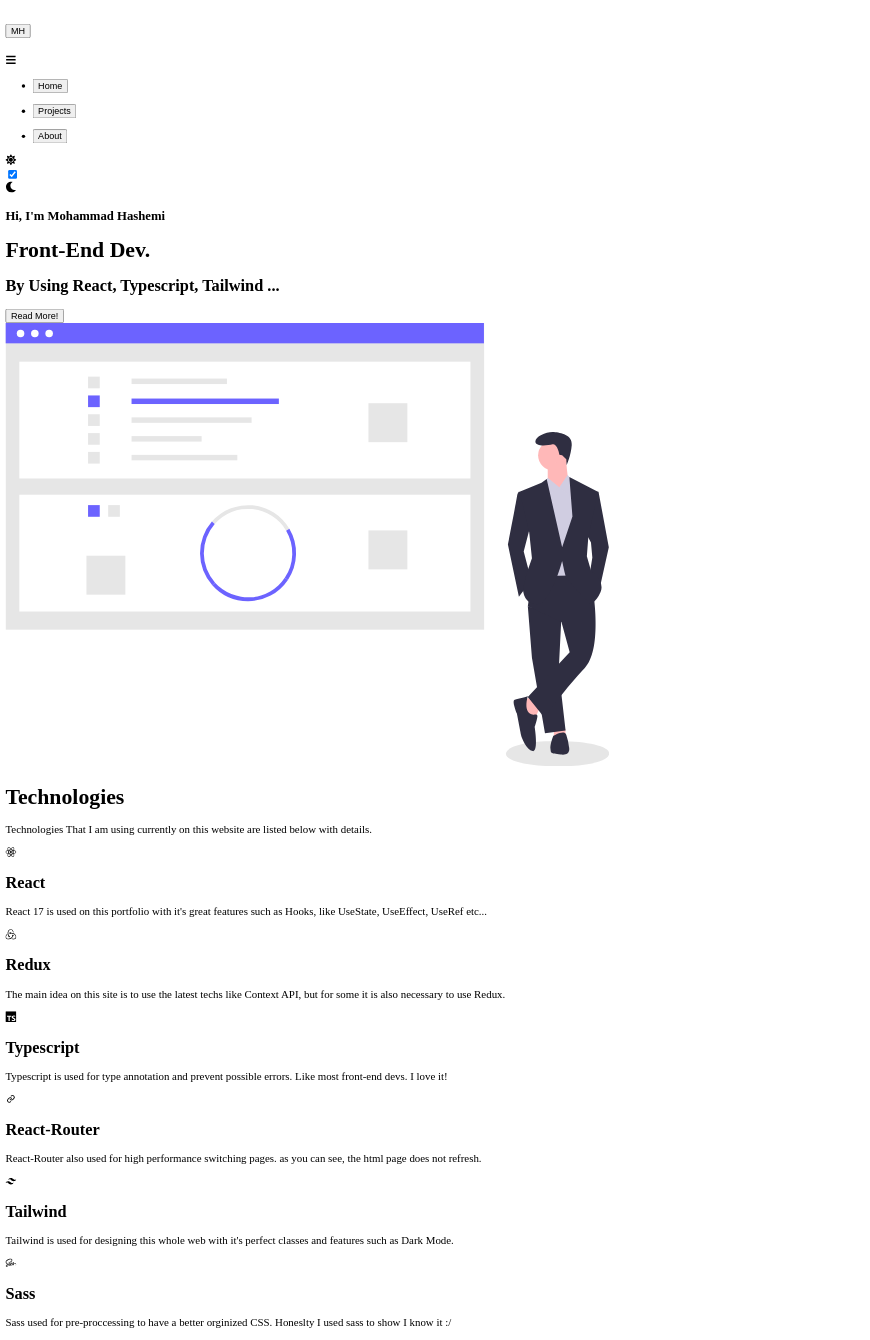
Repository: SMohammadH/react-typescript-tailwind
Page: /
An editor plug-in stored every save of this project. The page is shown before and after the next save, followed by the edit.
The browser window is 1280 px wide. The pictures show the whole page, at 68% of full size.
The project was rebuilt for these pictures with package versions that can differ from the ones it lists, and the page was loaded fresh each time. Also part of the build but not shown: craco.config.js.

Above is the page before, as saved 2021-02-05 04:03:59.

### src/index.css
.dark {
  --color-bg-primary: #2d3748;
  --color-bg-secondary: #283141;
  --color-text-primary: #f7fafc;
  --color-text-secondary: #e2e8f0;
  --color-text-accent: #c5b358;
}

.light {
  --color-bg-primary: #ffffff;
  --color-bg-secondary: #edf2f7;
  --color-text-primary: #2d3748;
  --color-text-secondary: #4a5568;
  --color-text-accent: #2b6cb0;
}

@import 'tailwindcss/base';
@import 'tailwindcss/components';
@import 'tailwindcss/utilities';

### src/App.tsx
import './App.css';
import 'tailwindcss/tailwind.css';
import { ThemeProvider } from './dark-mode/themeContext';
import { Navbar } from './components/Navbar';
import { FirstSection } from './components/FirstSection';
import { SecondSection } from './components/SecondSection';

const App: React.FC = () => {
  return (
    <div>
      <ThemeProvider>
        <Navbar />
        <div className="body bg-primary text-primary">
          <FirstSection />
          <SecondSection />
        </div>
      </ThemeProvider>
    </div>
  );
};

export default App;

### src/App.css
.font-gold {
  color: #c5b358;
}

### src/dark-mode/themeContext.tsx
import React from 'react';

const getInitialTheme = () => {
  if (typeof window !== 'undefined' && window.localStorage) {
    const storedPrefs = window.localStorage.getItem('color-theme');
    if (typeof storedPrefs === 'string') {
      return storedPrefs;
    }

    const userMedia = window.matchMedia('(prefers-color-scheme: dark)');
    if (userMedia.matches) {
      return 'dark';
    }
  }

  // If you want to use light theme as the default, return "light" instead
  return 'dark';
};

interface IContextProps {
  theme: string;
  setTheme: React.Dispatch<React.SetStateAction<string>>;
}
// Remember if You wanna uncomment above remove null in the next line.
export const ThemeContext = React.createContext({} as IContextProps);

interface ThemeProps {
  initialTheme?: any;
  children: any;
}

export const ThemeProvider: React.FC<ThemeProps> = ({
  initialTheme,
  children,
}) => {
  const [theme, setTheme] = React.useState(getInitialTheme);

  const rawSetTheme = (theme: string) => {
    const root = window.document.documentElement;
    const isDark = theme === 'dark';

    root.classList.remove(isDark ? 'light' : 'dark');
    root.classList.add(theme);

    localStorage.setItem('color-theme', theme);
  };

  if (initialTheme) {
    rawSetTheme(initialTheme);
  }

  React.useEffect(() => {
    rawSetTheme(theme);
  }, [theme]);

  return (
    <ThemeContext.Provider value={{ theme, setTheme }}>
      {children}
    </ThemeContext.Provider>
  );
};

### src/components/Navbar.tsx
import { Toggle } from '../dark-mode/toggle';
import { FaBars } from 'react-icons/fa';

export const Navbar = () => {
  return (
    <div className="bg-gray-800 text-gray-100  fixed  w-full z-10">
      <div className="max-w-screen-xl mx-auto px-2 sm:px-6 lg:px-8">
        <div className="relative flex items-center justify-between h-16">
          <div>
            <h1 className="text-3xl font-gold">
              <button className="focus:outline-none">MH</button>
            </h1>
          </div>
          <div className="px-4 cursor-pointer md:hidden">
            <FaBars className="w-6" />
          </div>
          <div className="flex">
            <div className="flex space-x-9 text-lg">
              <ul>
                <li>
                  <button className="hover:text-accent focus:outline-none">
                    Home
                  </button>
                </li>
              </ul>
              <ul>
                <li>
                  <button className="hover:text-accent focus:outline-none">
                    Projects
                  </button>
                </li>
              </ul>
              <ul>
                <li>
                  <button className="hover:text-accent focus:outline-none">
                    About
                  </button>
                </li>
              </ul>
            </div>
            <div className="ml-9 self-center">
              <Toggle />
            </div>
          </div>
        </div>
      </div>
    </div>
  );
};

### src/components/FirstSection.tsx
import Success from '../svg/success.svg';

export const FirstSection = () => {
  return (
    <div className="flex justify-between  space-x-20 p-10 pt-40 max-w-screen-xl mx-auto md:flex-row">
      <div className="self-center pb-20 mb-20 space-y-2">
        <h3 className="text-xl">Hi, I'm Mohammad Hashemi</h3>
        <h1 className="text-5xl text-accent">Front-End Dev.</h1>
        <h2 className="text-medium">
          By Using React, Typescript, Tailwind ...
        </h2>
        <button className="btn">Read More!</button>
      </div>
      <div className="">
        <img src={Success} alt="" />
      </div>
    </div>
  );
};

### src/components/SecondSection.tsx
import { Card } from './Card';
import { FaSass } from 'react-icons/fa';
import { SiTypescript, SiTailwindcss, SiRedux, SiReact } from 'react-icons/si';
import { BiLink } from 'react-icons/bi';

const text = [
  {
    react: `React 17 is used on this portfolio with it's great features such as Hooks, like UseState, UseEffect, UseRef etc...`,
  },
  {
    redux:
      'The main idea on this site is to use the latest techs like Context API, but for some it is also necessary to use Redux.',
  },
  {
    typescript:
      'Typescript is used for type annotation and prevent possible errors. Like most front-end devs. I love it!',
  },
  {
    reactRouter:
      'React-Router also used for high performance switching pages. as you can see, the html page does not refresh.',
  },
  {
    tailwind: `Tailwind is used for designing this whole web with it's perfect classes and features such as Dark Mode.`,
  },
  {
    sass:
      'Sass used for pre-proccessing to have a better orginized CSS. Honeslty I used sass to show I know it :/',
  },
];
console.log(text[0].react);

export const SecondSection = () => {
  return (
    <div className="bg-secondary text-secondary">
      <div className="max-w-screen-xl mx-auto px-5 py-24">
        <div className="text-center mb-20">
          <h1 className="text-accent mb-4 text-4xl leading-10 tracking-tight sm:text-5xl sm:leading-none md:text-6xl">
            Technologies
          </h1>
          <p className="text-base leading-relaxed xl:w-2/4 lg:w-3/4 mx-auto">
            Technologies That I am using currently on this website are listed
            below with details.
          </p>
          <div className="flex mt-6 justify-center">
            <div className="w-16 h-1 rounded-full bg-indigo-500 inline-flex"></div>
          </div>
        </div>
        <div className="flex flex-wrap sm:-m-4 -mx-4 -mb-10 -mt-4">
          <Card
            Img={SiReact}
            imgSize={10}
            header="React"
            imgColor="blue-600"
            imgBack="blue"
            text={text[0].react}
          />
          <Card
            Img={SiRedux}
            imgSize={10}
            header="Redux"
            imgColor="purple-500"
            imgBack="purple"
            text={text[1].redux}
          />
          <Card
            Img={SiTypescript}
            imgSize={7}
            header="Typescript"
            imgColor="blue-700"
            imgBack="blue"
            text={text[2].typescript}
          />

          <Card
            Img={BiLink}
            imgSize={10}
            header="React-Router"
            imgColor="red-600"
            imgBack="red"
            text={text[3].reactRouter}
          />
          <Card
            Img={SiTailwindcss}
            imgSize={10}
            header="Tailwind"
            imgColor="green-500"
            imgBack="green"
            text={text[4].tailwind}
          />

          <Card
            Img={FaSass}
            imgSize={10}
            header="Sass"
            imgColor="pink-600"
            imgBack="pink"
            text={text[5].sass}
          />
        </div>
      </div>
    </div>
  );
};

### src/dark-mode/toggle.tsx
import React from 'react';
import { ThemeContext } from './themeContext';
import './toggle.css';
import { FaSun } from 'react-icons/fa';
import { FaMoon } from 'react-icons/fa';

export const Toggle = () => {
  const { theme, setTheme } = React.useContext(ThemeContext);

  const isDark = () => {
    return theme === 'dark';
  };

  return (
    <label className="flex items-center cursor-pointer">
      <div className="ml-3 font-medium mr-3">
        {theme === 'light' ? (
          <FaSun className="text-yellow-100 text-2xl" />
        ) : (
          <FaSun className="text-gray-400" />
        )}
      </div>
      <div className="relative">
        <input
          type="checkbox"
          className="hidden"
          checked={isDark()}
          onChange={e => setTheme(e.target.checked ? 'dark' : 'light')}
        />
        <div className="toggle__line w-10 h-4 bg-gray-400 rounded-full shadow-inner"></div>
        <div className="toggle__dot absolute w-6 h-6 bg-white rounded-full shadow inset-y-0 left-0"></div>
      </div>

      <div className="ml-3 ">
        {theme === 'light' ? (
          <FaMoon className="text-gray-400" />
        ) : (
          <FaMoon className="text-blue-100 text-xl" />
        )}
      </div>
    </label>
  );
};

### src/components/Card.tsx
interface Props {
  Img: any;
  imgSize: number;
  imgColor: string;
  imgBack: string;
  header: string;
  text?: string;
}

export const Card: React.FC<Props> = ({
  Img,
  imgSize,
  imgColor,
  imgBack,
  header,
  text,
}) => {
  return (
    <div className="relative max-w-sm md:max-w-xs mx-auto ">
      <div
        className={`absolute mr-2 ml-8 mb-11 inset-0 bg-gradient-to-r from-${imgBack}-200 to-${imgBack}-400 dark:from-gray-800 dark:to-${imgBack}-900 shadow-lg transform -skew-y-3 sm:skew-y-0 sm:-rotate-6 rounded-3xl`}
      ></div>
      <div className="relative py-7 px-2 md:mb-0 flex flex-col ">
        <div className="px-4 py-10 mr-6 bg-primary text-primary shadow-lg rounded-3xl transform translate-x-6 -translate-y-6  ">
          <div
            className={`inline-flex w-12 h-12 rounded-full items-center justify-center bg-${imgBack}-100 text-${imgColor} mb-4 flex-shrink-0 p-2`}
          >
            <Img className={`w-${imgSize} h-${imgSize}`} />
            {/* className="w-6 h-6"
              fill="none"
              stroke="currentColor"
              viewBox="0 0 24 24"
              xmlns="http://www.w3.org/2000/svg"
            >
              <path
                stroke-linecap="round"
                stroke-linejoin="round"
                stroke-width="2"
                d="M7 21a4 4 0 01-4-4V5a2 2 0 012-2h4a2 2 0 012 2v12a4 4 0 01-4 4zm0 0h12a2 2 0 002-2v-4a2 2 0 00-2-2h-2.343M11 7.343l1.657-1.657a2 2 0 012.828 0l2.829 2.829a2 2 0 010 2.828l-8.486 8.485M7 17h.01"
              ></path>
            </Img> */}
          </div>
          <div className="flex-grow ">
            <h2 className="text-primary text-xl title-font font-medium mb-3">
              {header}
            </h2>
            <p className="leading-relaxed text-sm text-justify">{text}</p>
          </div>
        </div>
      </div>
    </div>
  );
};

### src/dark-mode/toggle.css
.toggle__dot {
  top: -0.25rem;
  left: -0.25rem;
  transition: all 0.3s ease-in-out;
}

input:checked ~ .toggle__dot {
  transform: translateX(100%);
  background-color: #48bb78;
}

### tailwind.config.js
module.exports = {
  purge: [],
  darkMode: 'class', // or 'media' or 'class'
  theme: {
    extend: {
      backgroundColor: {
        primary: 'var(--color-bg-primary)',
        secondary: 'var(--color-bg-secondary)',
      },
      textColor: {
        accent: 'var(--color-text-accent)',
        primary: 'var(--color-text-primary)',
        secondary: 'var(--color-text-secondary)',
      },
    },
  },
  variants: {
    extend: {},
  },
  plugins: [],
};

Loaded but not shown: public/index.html (common file); src/index.tsx (common file)

After the next save:
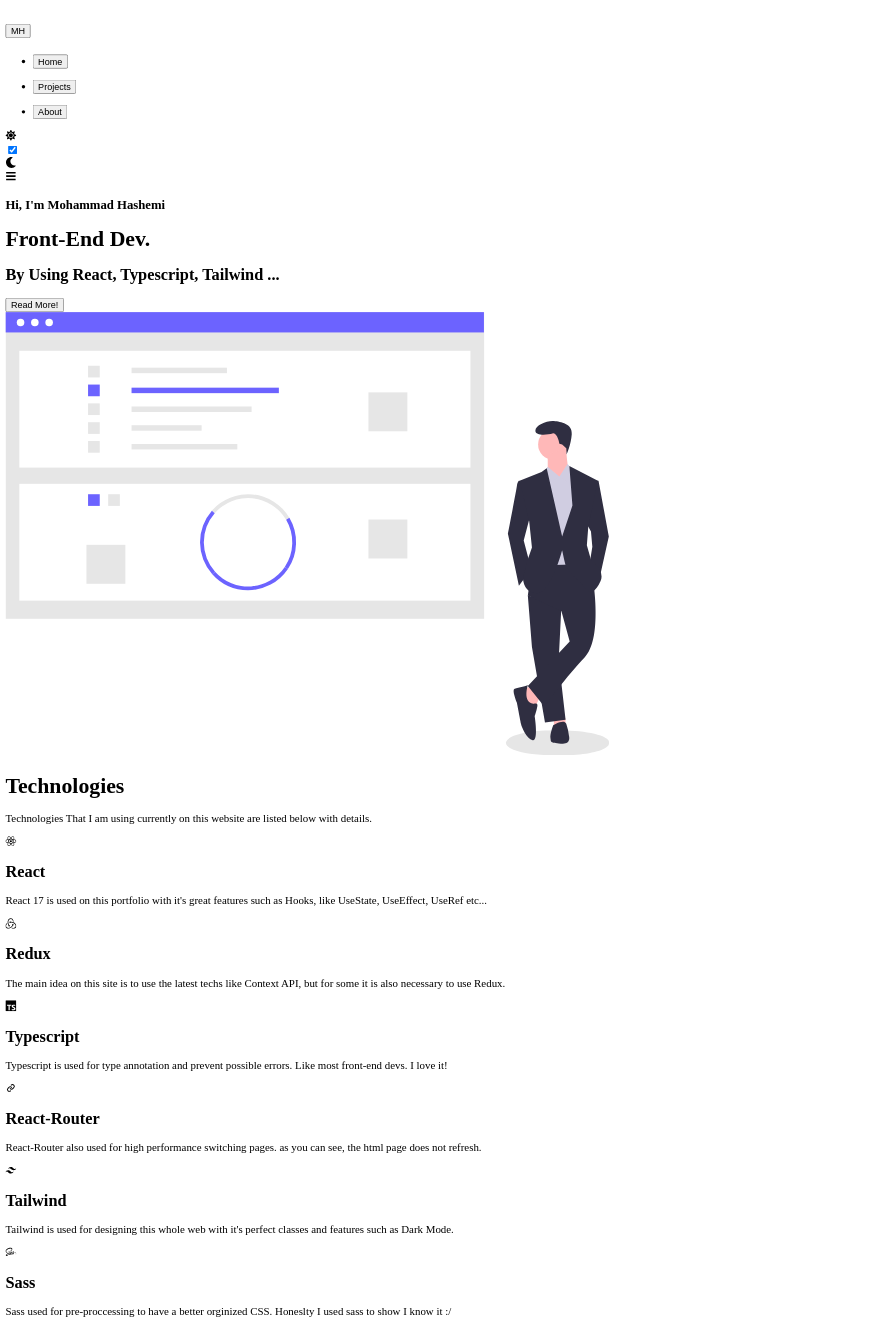
Saved 3 min 42 s later.
--- a/src/components/Navbar.tsx
+++ b/src/components/Navbar.tsx
@@ -11,9 +11,7 @@
               <button className="focus:outline-none">MH</button>
             </h1>
           </div>
-          <div className="px-4 cursor-pointer md:hidden">
-            <FaBars className="w-6" />
-          </div>
+
           <div className="flex">
             <div className="flex space-x-9 text-lg">
               <ul>
@@ -42,6 +40,9 @@
               <Toggle />
             </div>
           </div>
+          <div className="px-4 cursor-pointer md:hidden">
+            <FaBars className="w-6" />
+          </div>
         </div>
       </div>
     </div>
